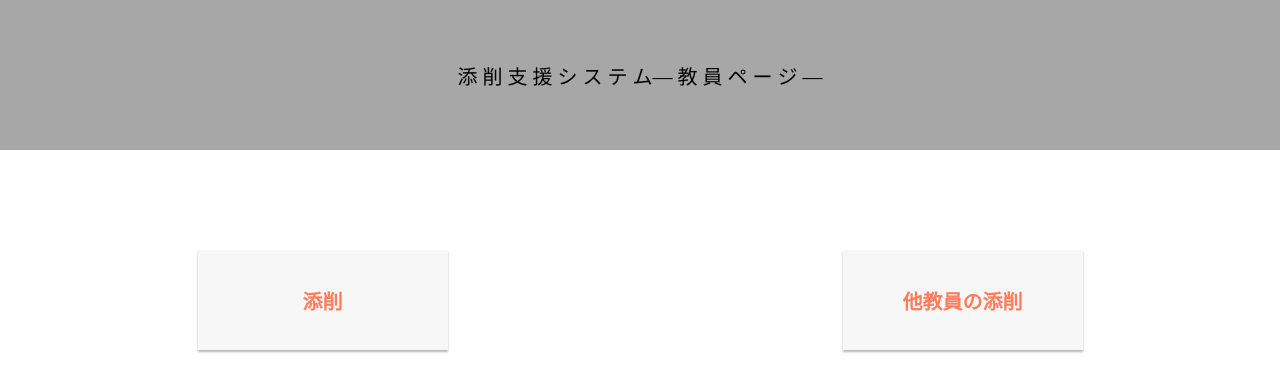
Repository: k-murakami18/canvas_v2
Page: main_teacher.html
These files come from the project's save history. The page is drawn as it stood at one moment and after the next save; the edit follows.
The browser window is 1280 px wide. The pictures show the whole page.

Above is the page before, as saved 2021-01-12 14:15:10.

After the next save:
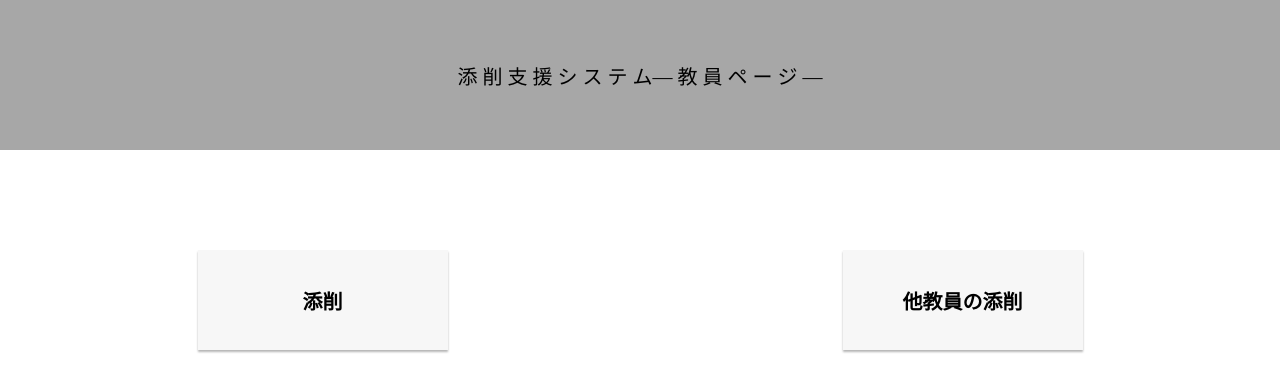
Saved 38 min 5 s later.
--- a/style.css
+++ b/style.css
@@ -158,7 +158,7 @@ canvas {
   align-items: center;
   text-decoration: none;
   background: #f7f7f7;
-  color: #ff7c5c;/*文字色*/
+  color: black;/*文字色*/
   font-weight: bold;
   box-shadow: 0px 2px 2px rgba(0, 0, 0, 0.29);
 }
